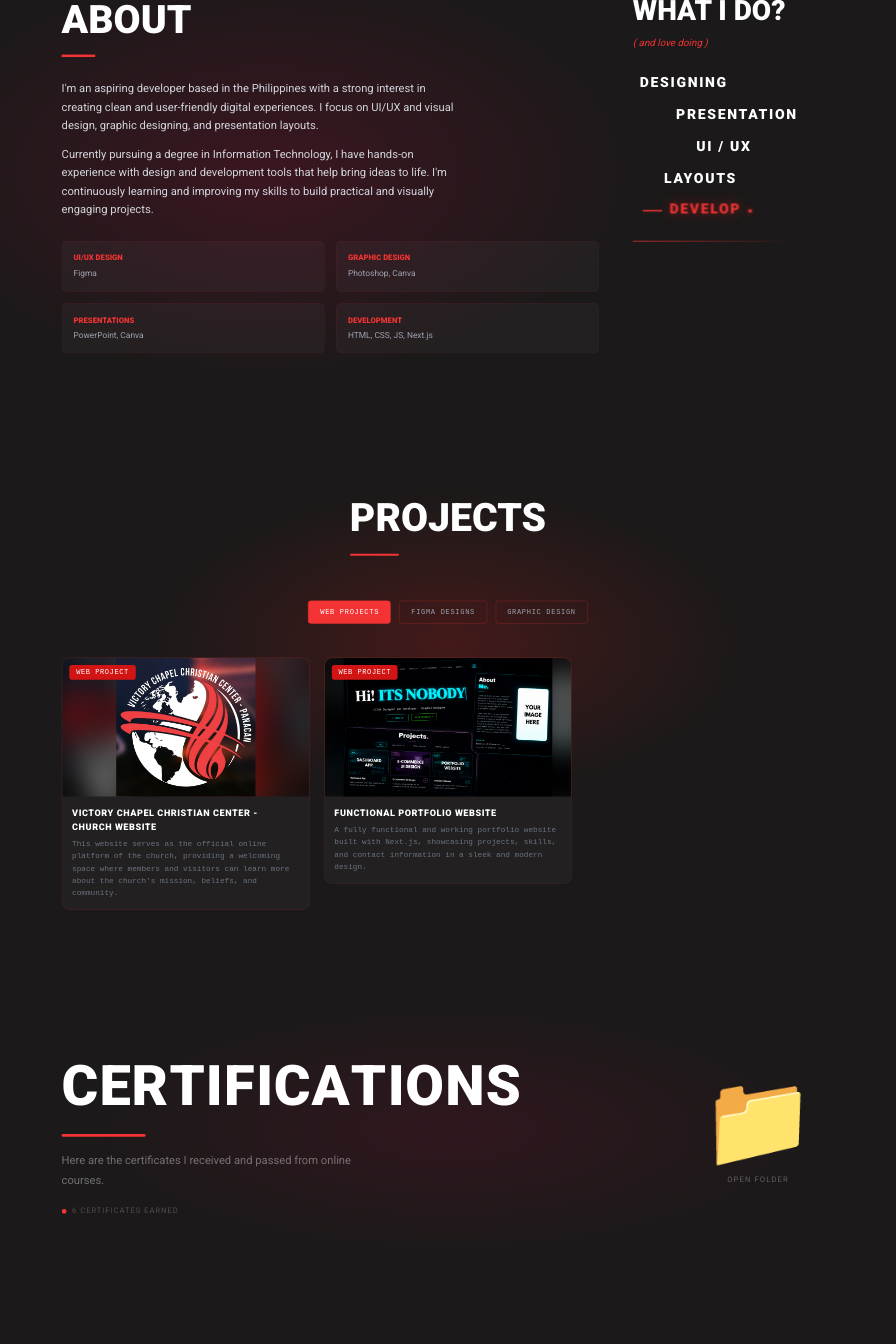
Repository: banbanny/my-portfolio
Page: /
An editor plug-in stored every save of this project. The page is shown before and after the next save, followed by the edit.
The browser window is 1280 px wide. The pictures show the part of the page from y = 830 to 2750 px (the page is 4275 px tall), at 70% of full size.
The project was rebuilt for these pictures with package versions that can differ from the ones it lists, and the page was loaded fresh each time. The framework's server and built-in components were replaced by stand-ins that run in the browser. Also part of the build but not shown: next.config.js.

Above is the page before, as saved 2026-05-07 14:59:40.

### src/app/layout.tsx
import type { Metadata } from "next";
import "./globals.css";

export const metadata: Metadata = {
  title: "Ivanne Obediente | Portfolio",
  description:
    "Aspiring developer based in the Philippines — design, UI/UX, and visual storytelling.",
};

export default function RootLayout({
  children,
}: {
  children: React.ReactNode;
}) {
  return (
    <html lang="en">
      <body>{children}</body>
    </html>
  );
}

### src/app/page.tsx
import Navbar from "@/components/Navbar";
import Hero from "@/components/Hero";
import About from "@/components/About";
import Projects from "@/components/Projects";
import Certifications from "@/components/Certifications";
import TechStack from "@/components/TechStack";
import Footer from "@/components/Footer";

export default function Home() {
  return (
    <main style={{ background: "#1B1919" }}>
      <Navbar />
      <Hero />
      <About />
      <Projects />
      <Certifications />
      <TechStack />
      <Footer />
    </main>
  );
}

### src/app/globals.css
@import url("https://fonts.googleapis.com/css2?family=Roboto:wght@400;900&display=swap");
@tailwind base;
@tailwind components;
@tailwind utilities;

:root {
  --bg: #1b1919;
  --white: #ffffff;
  --red-primary: #f43434;
  --red-dark: #d22828;
  --red-bright: #ff3c00;
  --red-accent: #ff0033;
}

* {
  margin: 0;
  padding: 0;
  box-sizing: border-box;
}

html {
  scroll-behavior: smooth;
}

body {
  background-color: var(--bg);
  color: var(--white);
  font-family: "Roboto", sans-serif;
  font-weight: 400;
  overflow-x: hidden;
}

/* ─── Noise texture overlay ─── */
body::before {
  content: "";
  position: fixed;
  inset: 0;
  background-image: url("data:[embedded picture, 306 characters]");
  pointer-events: none;
  z-index: 9999;
  opacity: 10;
}

/* ─── Red glow blob (hero background) ─── */
.hero-glow {
  background: radial-gradient(
    ellipse 60% 55% at 80% 50%,
    rgba(210, 40, 40, 0.55) 0%,
    rgba(255, 60, 0, 0.25) 45%,
    transparent 75%
  );
}

/* ─── Section red glow (bottom sections) ─── */
.section-glow {
  background: radial-gradient(
    ellipse 70% 50% at 50% 100%,
    rgba(210, 40, 40, 0.3) 0%,
    transparent 70%
  );
}

/* ─── Typography utilities ─── */
.font-black-roboto {
  font-family: "Roboto", sans-serif;
  font-weight: 900;
}

.text-red {
  color: var(--red-primary);
}

/* ─── Divider line ─── */
.divider {
  height: 2px;
  background: var(--red-primary);
  width: 100%;
}

/* ─── Vertical label (ABOUT) ─── */
.vertical-label {
  writing-mode: vertical-rl;
  text-orientation: mixed;
  transform: rotate(180deg);
  letter-spacing: 0.3em;
  font-weight: 900;
  font-size: 1.1rem;
}

/* ─── Card white box ─── */
.card-white {
  background: #ffffff;
  color: #1b1919;
  border-radius: 4px;
}

/* ─── Navbar link hover ─── */
.nav-link {
  position: relative;
  font-size: 0.75rem;
  letter-spacing: 0.12em;
  text-transform: uppercase;
  transition: color 0.2s;
}
.nav-link::after {
  content: "";
  position: absolute;
  left: 0;
  bottom: -2px;
  width: 0;
  height: 1px;
  background: var(--red-primary);
  transition: width 0.25s;
}
.nav-link:hover {
  color: var(--red-primary);
}
.nav-link:hover::after {
  width: 100%;
}

/* ─── Tech stack / cert card hover ─── */
.stack-card {
  border: 1px solid rgba(244, 52, 52, 0.3);
  transition: border-color 0.2s, transform 0.2s;
}
.stack-card:hover {
  border-color: var(--red-primary);
  transform: translateY(-2px);
}

/* ─── Project card hover ─── */
.project-card {
  transition: transform 0.2s, box-shadow 0.2s;
}
.project-card:hover {
  transform: translateY(-4px);
  box-shadow: 0 8px 30px rgba(244, 52, 52, 0.25);
}

/* ─── Scroll fade-in animation ─── */
@keyframes fadeUp {
  from {
    opacity: 0;
    transform: translateY(24px);
  }
  to {
    opacity: 1;
    transform: translateY(0);
  }
}
.animate-fadeUp {
  animation: fadeUp 0.6s ease forwards;
}

### src/components/Navbar.tsx
"use client";

import { useState } from "react";

const links = [
  { label: "Home", href: "#home" },
  { label: "About", href: "#about" },
  { label: "Projects", href: "#projects" },
  { label: "Contact", href: "#contact" },
];

export default function Navbar() {
  const [menuOpen, setMenuOpen] = useState(false);

  return (
    <header
      className="fixed top-0 left-0 w-full z-50"
      style={{
        background:
          "linear-gradient(180deg, rgba(27,25,25,0.98) 0%, rgba(27,25,25,0.85) 100%)",
        backdropFilter: "blur(6px)",
        borderBottom: "1px solid rgba(244,52,52,0.1)",
      }}
    >
      <div className="max-w-6xl mx-auto px-6 py-4 flex items-center justify-between">
        {/* Logo / Name */}
        <div>

          <p
            className="font-black-roboto text-sm tracking-widest uppercase leading-tight"
            style={{ color: "#F43434" }}
          >
            Ivanne
          </p>
          <p className="font-black-roboto text-sm tracking-widest uppercase leading-tight text-white">
            Obediente
          </p>
        </div>

        {/* Desktop Nav */}
        <nav className="hidden md:flex items-center gap-8">
          {links.map((link) => (
            <a key={link.href} href={link.href} className="nav-link text-white">
              {link.label}
            </a>
          ))}
        </nav>

        {/* Mobile Hamburger */}
        <button
          className="md:hidden flex flex-col gap-1.5 p-2"
          onClick={() => setMenuOpen(!menuOpen)}
          aria-label="Toggle menu"
        >
          <span
            className="block w-6 h-0.5 bg-white transition-transform"
            style={menuOpen ? { transform: "rotate(45deg) translate(3px, 3px)" } : {}}
          />
          <span
            className="block w-6 h-0.5 bg-white transition-opacity"
            style={menuOpen ? { opacity: 0 } : {}}
          />
          <span
            className="block w-6 h-0.5 bg-white transition-transform"
            style={menuOpen ? { transform: "rotate(-45deg) translate(3px, -3px)" } : {}}
          />
        </button>
      </div>

      {/* Mobile Menu */}
      {menuOpen && (
        <div
          className="md:hidden px-6 pb-6 flex flex-col gap-5"
          style={{ background: "rgba(27,25,25,0.98)" }}
        >
          {links.map((link) => (
            <a
              key={link.href}
              href={link.href}
              className="nav-link text-white text-sm"
              onClick={() => setMenuOpen(false)}
            >
              {link.label}
            </a>
          ))}
        </div>
      )}
    </header>
  );
}

### src/components/Projects.tsx
'use client'

import { useState, useEffect, useRef } from "react";

type ProjectType = "web" | "figma" | "graphics";

interface Project {
  id: number; title: string; type: ProjectType; description: string; thumbnail: string; link: string;
}

const projects: Project[] = [
  { id: 1, title: "Victory Chapel Christian Center - Church Website", type: "web", description: "This website serves as the official online platform of the church, providing a welcoming space where members and visitors can learn more about the church's mission, beliefs, and community.", thumbnail: "/vccc-thumbnail.jpg", link: "https://vccc-website-one.vercel.app/" },
  { id: 2, title: "Functional Portfolio Website", type: "web", description: "A fully functional and working portfolio website built with Next.js, showcasing projects, skills, and contact information in a sleek and modern design.", thumbnail: "/web-port.png", link: "https://web-portfolio-ruby-pi.vercel.app/" },
  { id: 3, title: "Portfolio Website Design", type: "figma", description: "UI/UX design for a Portfolio.", thumbnail: "/figma1.png", link: "https://www.figma.com/file/your-file-id" },
  { id: 4, title: "Victory Chapel Christian Center - Church Website", type: "figma", description: "A church website", thumbnail: "/vccc.png", link: "https://www.figma.com/file/your-file-id-2" },
  { id: 5, title: "5CRG Inventory Management System", type: "figma", description: "Inventory Management System for 5CRG.", thumbnail: "/figma3.png", link: "https://www.figma.com/file/your-file-id-2" },
  { id: 6, title: "Brand Identity", type: "graphics", description: "Logo and branding for a local business.", thumbnail: "/thumbnails/graphics1.png", link: "https://www.behance.net/ivanneobediente23" },
  { id: 7, title: "Poster Design", type: "graphics", description: "Event poster with bold typography and layout.", thumbnail: "/thumbnails/graphics2.png", link: "https://www.behance.net/your-project-2" },
];

const filters: { label: string; value: ProjectType }[] = [
  { label: "WEB PROJECTS", value: "web" },
  { label: "FIGMA DESIGNS", value: "figma" },
  { label: "GRAPHIC DESIGN", value: "graphics" },
];

const typeConfig: Record<ProjectType, { label: string; badge: string }> = {
  web:      { label: "Web Project",  badge: "#d11414" },
  figma:    { label: "Figma Design", badge: "#910d39" },
  graphics: { label: "Graphics",     badge: "#f16f24" },
};

function useInView(threshold = 0.15) {
  const ref = useRef<HTMLDivElement>(null);
  const [inView, setInView] = useState(false);
  useEffect(() => {
    const el = ref.current; if (!el) return;
    const obs = new IntersectionObserver(([entry]) => { if (entry.isIntersecting) setInView(true); }, { threshold });
    obs.observe(el); return () => obs.disconnect();
  }, []);
  return { ref, inView };
}

function ProjectCard({ project, index }: { project: Project; index: number }) {
  const [hovered, setHovered] = useState(false);
  const { ref, inView } = useInView();
  const cfg = typeConfig[project.type];

  return (
    <div ref={ref} style={{ opacity: inView ? 1 : 0, transform: inView ? "translateY(0)" : "translateY(32px)", transition: `opacity 0.55s ease ${index * 0.08}s, transform 0.55s ease ${index * 0.08}s` }}>
      <a href={project.link} target="_blank" rel="noopener noreferrer"
        onMouseEnter={() => setHovered(true)} onMouseLeave={() => setHovered(false)}
        style={{ display:"block", borderRadius:"12px", overflow:"hidden", border:`1px solid ${hovered ? "rgba(244,52,52,0.45)" : "rgba(244,52,52,0.15)"}`, background: hovered ? "rgba(244,52,52,0.06)" : "rgba(255,255,255,0.03)", transform: hovered ? "translateY(-5px)" : "translateY(0)", transition:"all 0.3s cubic-bezier(0.34,1.56,0.64,1)", cursor:"pointer", textDecoration:"none" }}>
        <div style={{ position:"relative", width:"100%", aspectRatio:"16/9", overflow:"hidden" }}>
          <img src={project.thumbnail} alt="" aria-hidden="true" style={{ position:"absolute", inset:0, width:"100%", height:"100%", objectFit:"cover", filter:"blur(18px) brightness(0.4) saturate(1.4)", transform:"scale(1.15)", pointerEvents:"none" }} />
          <img src={project.thumbnail} alt={project.title} style={{ position:"relative", zIndex:1, width:"100%", height:"100%", objectFit:"contain", transform: hovered ? "scale(1.04)" : "scale(1)", transition:"transform 0.5s ease", display:"block" }}
            onError={(e) => { (e.target as HTMLImageElement).style.display = "none"; const p = (e.target as HTMLImageElement).parentElement; if (p) p.style.background = "#2a2222"; }} />
          <div style={{ position:"absolute", inset:0, zIndex:2, background:"rgba(0,0,0,0.5)", opacity: hovered ? 1 : 0, transition:"opacity 0.3s ease", display:"flex", alignItems:"center", justifyContent:"center" }}>
            <span style={{ fontSize:"12px", fontFamily:"monospace", color:"#fff", letterSpacing:"0.12em", textTransform:"uppercase", border:"1px solid rgba(255,255,255,0.6)", padding:"8px 16px", borderRadius:"4px" }}>
              {project.type === "web" && "Visit Site →"}{project.type === "figma" && "Open in Figma →"}
            </span>
          </div>
          <span style={{ position:"absolute", top:"10px", left:"10px", zIndex:3, fontSize:"10px", fontFamily:"monospace", letterSpacing:"0.08em", textTransform:"uppercase", color:"#fff", background:cfg.badge, padding:"3px 10px", borderRadius:"4px" }}>{cfg.label}</span>
        </div>
        <div style={{ padding:"14px" }}>
          <h3 style={{ fontFamily:"inherit", fontSize:"clamp(11px, 1.5vw, 13px)", fontWeight:700, textTransform:"uppercase", letterSpacing:"0.06em", color:"#fff", margin:"0 0 6px" }}>{project.title}</h3>
          <p style={{ fontSize:"11px", fontFamily:"monospace", color:"#6b7280", lineHeight:1.6, margin:0 }}>{project.description}</p>
        </div>
      </a>
    </div>
  );
}

function BehanceCard() {
  const { ref, inView } = useInView(0.2);
  const [hovered, setHovered] = useState(false);
  return (
    <>
      <style>{`
        @keyframes dotPulse { 0%,100% { opacity:0.18; } 50% { opacity:0.45; } }
        @keyframes beFloat { 0%,100% { transform:translateY(0px); } 50% { transform:translateY(-7px); } }
        @keyframes glowPulse { 0%,100% { opacity:0.3; } 50% { opacity:0.6; } }
        .behance-dot-bg { position:absolute; inset:0; background-image:radial-gradient(circle, rgba(255,255,255,0.13) 1px, transparent 1px); background-size:28px 28px; animation:dotPulse 4s ease-in-out infinite; border-radius:16px; }
        .be-logo-wrap { animation:beFloat 3.2s ease-in-out infinite; display:inline-block; }
        .be-glow { position:absolute; top:50%; left:50%; transform:translate(-50%,-50%); width:260px; height:160px; background:radial-gradient(ellipse, rgba(30,80,255,0.18) 0%, transparent 70%); animation:glowPulse 3s ease-in-out infinite; pointer-events:none; }
        .behance-cta-btn { display:inline-flex; align-items:center; gap:10px; padding:14px 38px; font-size:12px; font-family:monospace; letter-spacing:0.16em; text-transform:uppercase; color:#fff; border:1px solid rgba(255,255,255,0.25); border-radius:6px; background:rgba(255,255,255,0.06); text-decoration:none; transition:all 0.3s ease; }
        .behance-cta-btn:hover { background:rgba(255,255,255,0.14); border-color:rgba(255,255,255,0.55); transform:translateY(-2px); }
      `}</style>
      <div ref={ref} style={{ opacity: inView ? 1 : 0, transform: inView ? "translateY(0)" : "translateY(28px)", transition:"opacity 0.6s ease, transform 0.6s ease" }}>
        <div onMouseEnter={() => setHovered(true)} onMouseLeave={() => setHovered(false)}
          style={{ position:"relative", overflow:"hidden", borderRadius:"16px", border:`1px solid ${hovered ? "rgba(255,255,255,0.14)" : "rgba(255,255,255,0.07)"}`, background:"#08080f", padding:"clamp(40px, 8vw, 72px) clamp(20px, 5vw, 40px) clamp(36px, 7vw, 56px)", textAlign:"center", transition:"border-color 0.4s ease" }}>
          <div className="behance-dot-bg" aria-hidden="true" />
          <div className="be-glow" aria-hidden="true" />
          <div style={{ position:"relative", marginBottom:"20px" }}>
            <div className="be-logo-wrap">
              <img src="https://cdn.jsdelivr.net/gh/devicons/devicon/icons/behance/behance-original.svg" alt="Behance" style={{ width:"88px", height:"88px", filter:"brightness(0) invert(1)", margin:"0 auto", display:"block" }} />
            </div>
          </div>
          <p style={{ position:"relative", fontFamily:"monospace", fontSize:"11px", letterSpacing:"0.22em", textTransform:"uppercase", color:"rgba(255,255,255,0.35)", marginBottom:"32px" }}>All Graphic Design Work Lives on Behance</p>
          <div style={{ position:"relative", marginBottom:"44px" }}>
            <a href="https://www.behance.net/YOUR_BEHANCE_USERNAME" target="_blank" rel="noopener noreferrer" className="behance-cta-btn">View on Behance <span style={{ fontSize:"16px" }}>↗</span></a>
          </div>
          <div style={{ position:"relative", display:"flex", alignItems:"center", justifyContent:"center", flexWrap:"wrap", gap:"4px" }}>
            {["Brand Identity", "Social Media", "Print Design"].map((tag, i, arr) => (
              <span key={tag} style={{ display:"flex", alignItems:"center" }}>
                <span style={{ fontSize:"11px", fontFamily:"monospace", letterSpacing:"0.12em", textTransform:"uppercase", color:"rgba(255,255,255,0.28)", padding:"0 16px" }}>{tag}</span>
                {i < arr.length - 1 && <span style={{ color:"rgba(255,255,255,0.15)" }}>|</span>}
              </span>
            ))}
          </div>
        </div>
      </div>
    </>
  );
}

export default function Projects() {
  const [active, setActive] = useState<ProjectType>("web");
  const [visible, setVisible] = useState(true);
  const filtered = projects.filter((p) => p.type === active);

  function handleFilter(val: ProjectType) {
    setVisible(false);
    setTimeout(() => { setActive(val); setVisible(true); }, 220);
  }

  return (
    <section id="projects" className="relative py-16 md:py-24 overflow-hidden" style={{ background: "#1B1919" }}>
      <div className="absolute pointer-events-none" style={{ top:"40%", left:"50%", transform:"translate(-50%,-50%)", width:"80%", height:"80%", background:"radial-gradient(ellipse 60% 50% at 50% 50%, rgba(161,25,25,0.3) 0%, transparent 70%)" }} aria-hidden="true" />
      <div className="relative max-w-6xl mx-auto px-5 sm:px-6">
        <div className="text-center mb-12 md:mb-16">
          <div style={{ display:"inline-block" }}>
            <h2 className="font-black-roboto uppercase text-white" style={{ fontSize:"clamp(2rem, 6vw, 3.5rem)", margin:0 }}>PROJECTS</h2>
            <div style={{ width:"25%", height:"3px", background:"#F43434", marginTop:"10px", borderRadius:"2px" }} />
          </div>
        </div>
        <div className="flex flex-wrap gap-2 md:gap-3 justify-center mb-10 md:mb-12">
          {filters.map((f) => {
            const isActive = active === f.value;
            return (
              <button key={f.value} onClick={() => handleFilter(f.value)}
                style={{ padding:"8px 16px", fontSize:"10px", fontFamily:"monospace", letterSpacing:"0.1em", textTransform:"uppercase", color: isActive ? "#fff" : "#9ca3af", background: isActive ? "#F43434" : "transparent", border:`1px solid ${isActive ? "#F43434" : "rgba(244,52,52,0.3)"}`, borderRadius:"4px", cursor:"pointer", transition:"all 0.25s ease" }}
                onMouseEnter={(e) => { if (!isActive) { (e.currentTarget as HTMLButtonElement).style.borderColor = "rgba(244,52,52,0.7)"; (e.currentTarget as HTMLButtonElement).style.color = "#fff"; } }}
                onMouseLeave={(e) => { if (!isActive) { (e.currentTarget as HTMLButtonElement).style.borderColor = "rgba(244,52,52,0.3)"; (e.currentTarget as HTMLButtonElement).style.color = "#9ca3af"; } }}>
                {f.label}
              </button>
            );
          })}
        </div>
        <div style={{ opacity: visible ? 1 : 0, transform: visible ? "translateY(0)" : "translateY(10px)", transition:"opacity 0.22s ease, transform 0.22s ease" }}>
          {active === "graphics" ? (
            <BehanceCard />
          ) : (
            <div style={{ display:"grid", gridTemplateColumns:"repeat(auto-fill, minmax(min(280px, 100%), 1fr))", gap:"20px" }}>
              {filtered.map((project, i) => <ProjectCard key={project.id} project={project} index={i} />)}
            </div>
          )}
        </div>
      </div>
    </section>
  );
}

### tailwind.config.ts
import type { Config } from "tailwindcss";

const config: Config = {
  content: [
    "./src/pages/**/*.{js,ts,jsx,tsx,mdx}",
    "./src/components/**/*.{js,ts,jsx,tsx,mdx}",
    "./src/app/**/*.{js,ts,jsx,tsx,mdx}",
  ],
  theme: {
    extend: {
      colors: {
        background: "#1B1919",
        red: {
          primary: "#F43434",
          dark: "#D22828",
          bright: "#FF3C00",
          accent: "#FF0033",
        },
      },
      fontFamily: {
        roboto: ["Roboto", "sans-serif"],
      },
    },
  },
  plugins: [],
};
export default config;

Loaded but not shown: src/components/Certifications.tsx (255 lines, source omitted); src/components/Footer.tsx (185 lines, source omitted); src/components/About.tsx (122 lines, source omitted); src/components/Hero.tsx (153 lines, source omitted); src/components/TechStack.tsx (197 lines, source omitted)

After the next save:
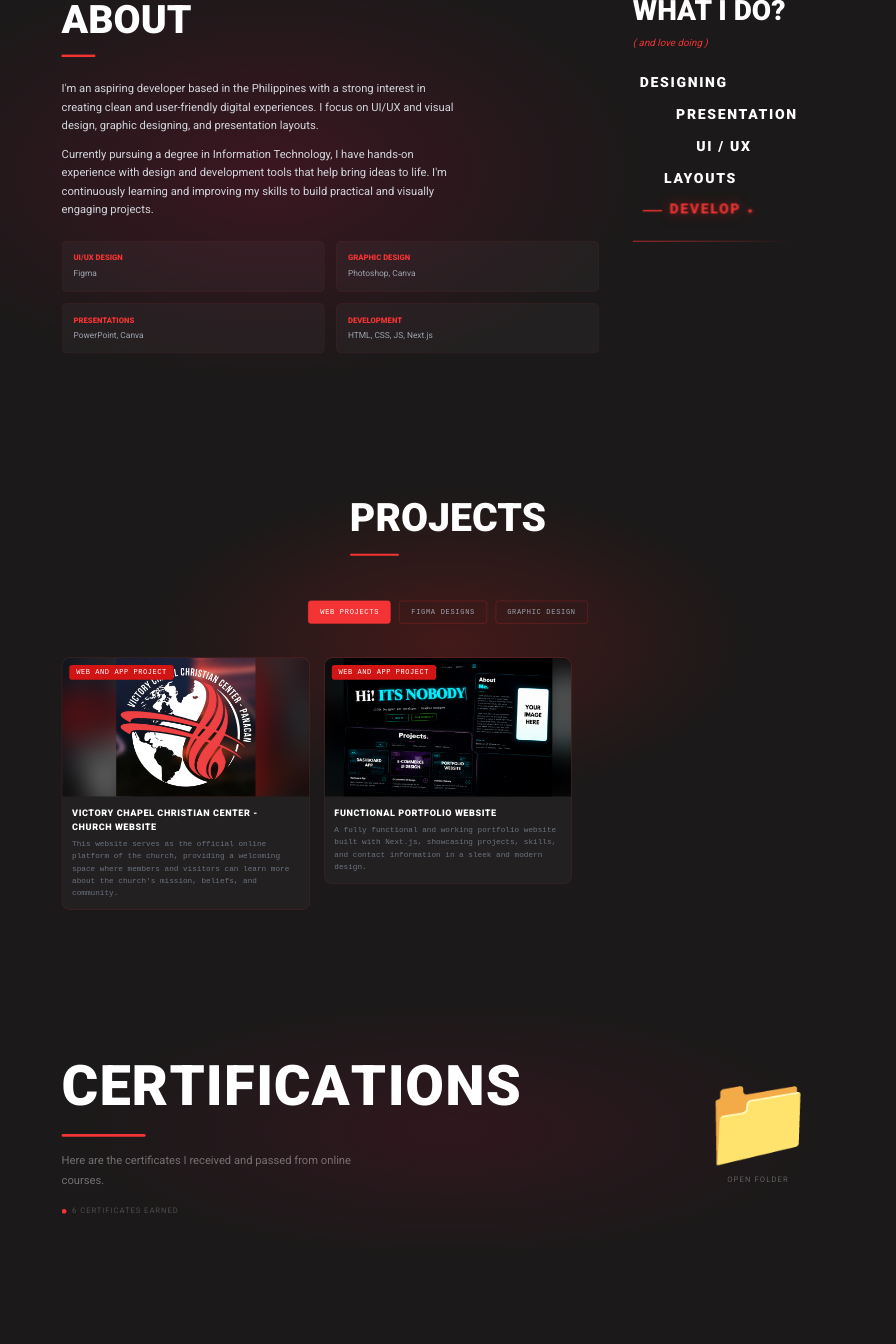
Saved 35 min 45 s later.
--- a/src/components/Projects.tsx
+++ b/src/components/Projects.tsx
@@ -25,7 +25,7 @@ const filters: { label: string; value: ProjectType }[] = [
 ];
 
 const typeConfig: Record<ProjectType, { label: string; badge: string }> = {
-  web:      { label: "Web Project",  badge: "#d11414" },
+  web:      { label: "Web and App Project",  badge: "#d11414" },
   figma:    { label: "Figma Design", badge: "#910d39" },
   graphics: { label: "Graphics",     badge: "#f16f24" },
 };
